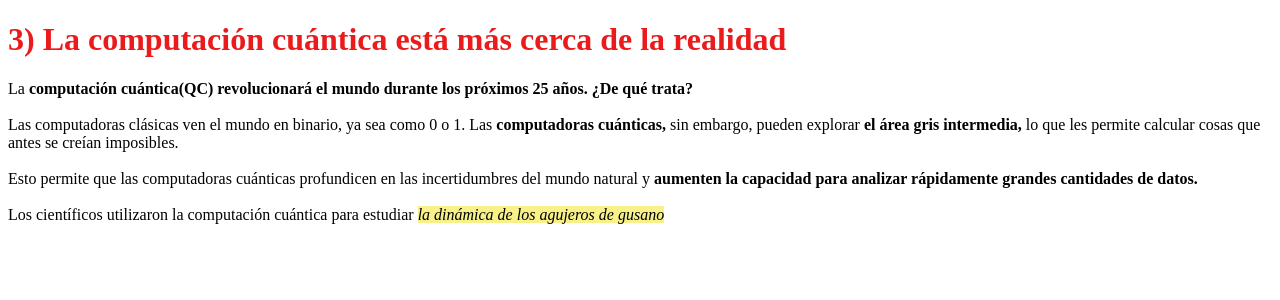
Repository: ThePerez/ArgProg
Page: Practicas ArgProg/Practica 1/ejercicio 8.html
An editor plug-in stored every save of this project. The page is shown before and after the next save, followed by the edit.
The browser window is 1280 px wide. The pictures show the whole page.

Above is the page before, as saved 2023-02-24 20:39:00.

### Practicas ArgProg/Practica 1/ejercicio 8.html
<!DOCTYPE html>
<html lang="es">

<head>
     <meta charset="UTF-8">
     <meta http-equiv="X-UA-Compatible" content="IE=edge">
     <meta name="viewport" content="width=device-width, initial-scale=1.0">
     <title>Ejercicio 8</title>
</head>

<body>
     <h1 style="color:rgb(236, 27, 27)">3) La computación cuántica está más cerca de la realidad </h1>
     <p>
          La <b>computación cuántica(QC) revolucionará el mundo durante los próximos 25 años. ¿De qué trata?</b>
          <br><br>
          Las computadoras clásicas ven el mundo en binario, ya sea como 0 o 1. Las <b>computadoras cuánticas,</b> sin
          embargo, pueden explorar <b>el área gris intermedia,</b> lo que les permite calcular cosas que antes se creían
          imposibles.
          <br><br>
          Esto permite que las computadoras cuánticas profundicen en las incertidumbres del mundo natural y <b>aumenten
               la capacidad para analizar rápidamente grandes cantidades de datos.</b>
          <br><br>
          Los científicos utilizaron la computación cuántica para estudiar <span
               style=background-color:#f8f189><i>la dinámica de los agujeros de gusano</span>
     </p>
</body>

</html>

After the next save:
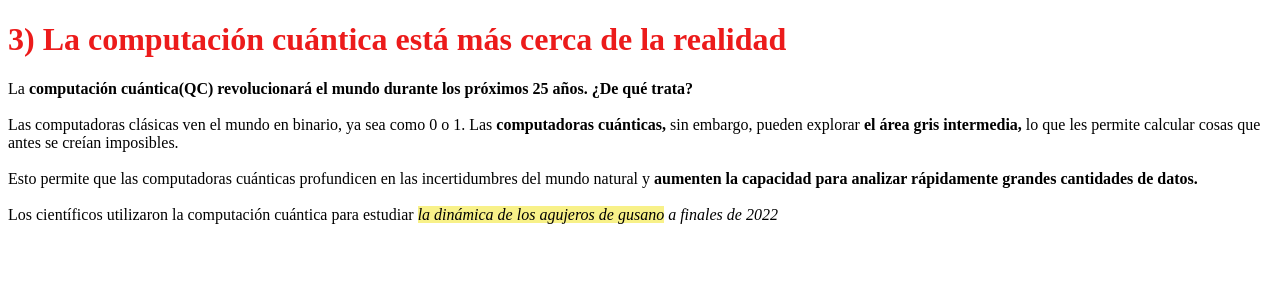
Saved 13 s later.
--- a/Practicas ArgProg/Practica 1/ejercicio 8.html
+++ b/Practicas ArgProg/Practica 1/ejercicio 8.html
@@ -21,7 +21,7 @@
                la capacidad para analizar rápidamente grandes cantidades de datos.</b>
           <br><br>
           Los científicos utilizaron la computación cuántica para estudiar <span
-               style=background-color:#f8f189><i>la dinámica de los agujeros de gusano</span>
+               style=background-color:#f8f189><i>la dinámica de los agujeros de gusano</span> a finales de 2022
      </p>
 </body>
 
